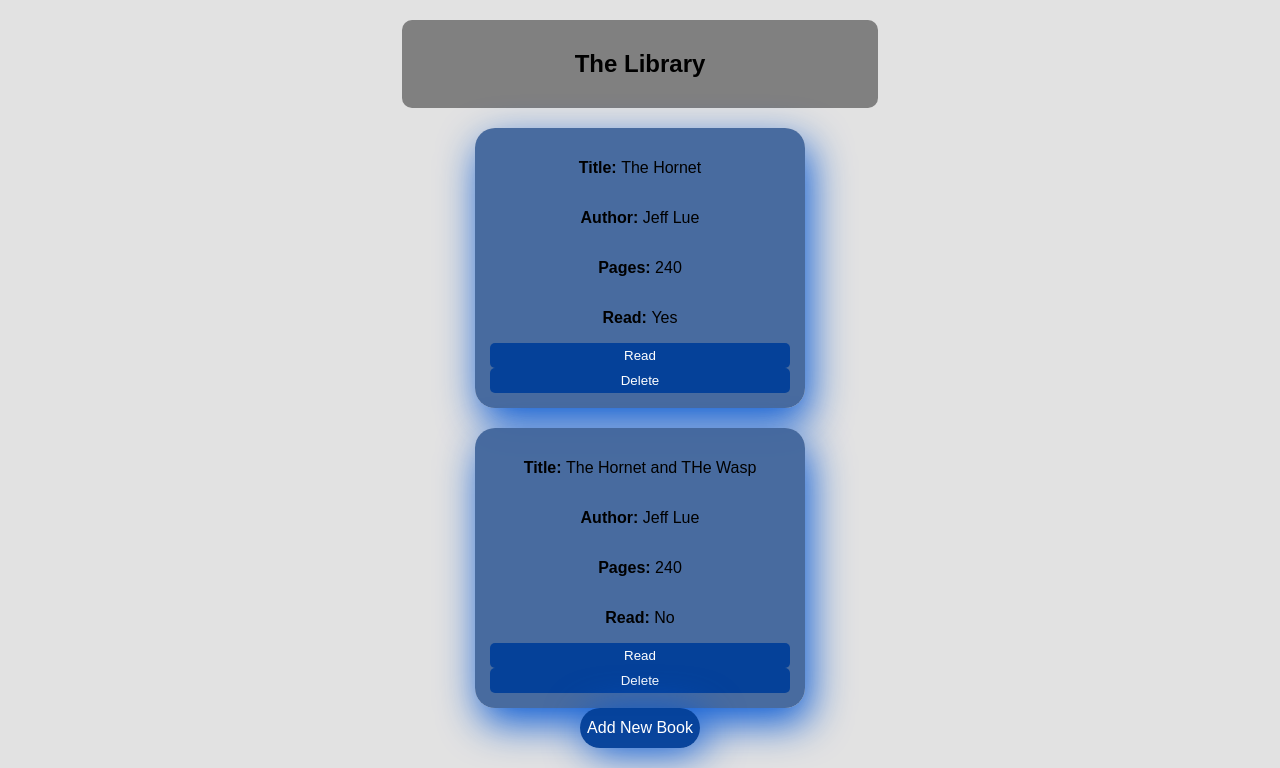
Repository: ErvinClay13/Library
Page: index.html
An editor plug-in stored every save of this project. The page is shown before and after the next save, followed by the edit.
The browser window is 1280 px wide. The pictures show the whole page.

Above is the page before, as saved 2025-01-11 04:55:48.

After the next save:
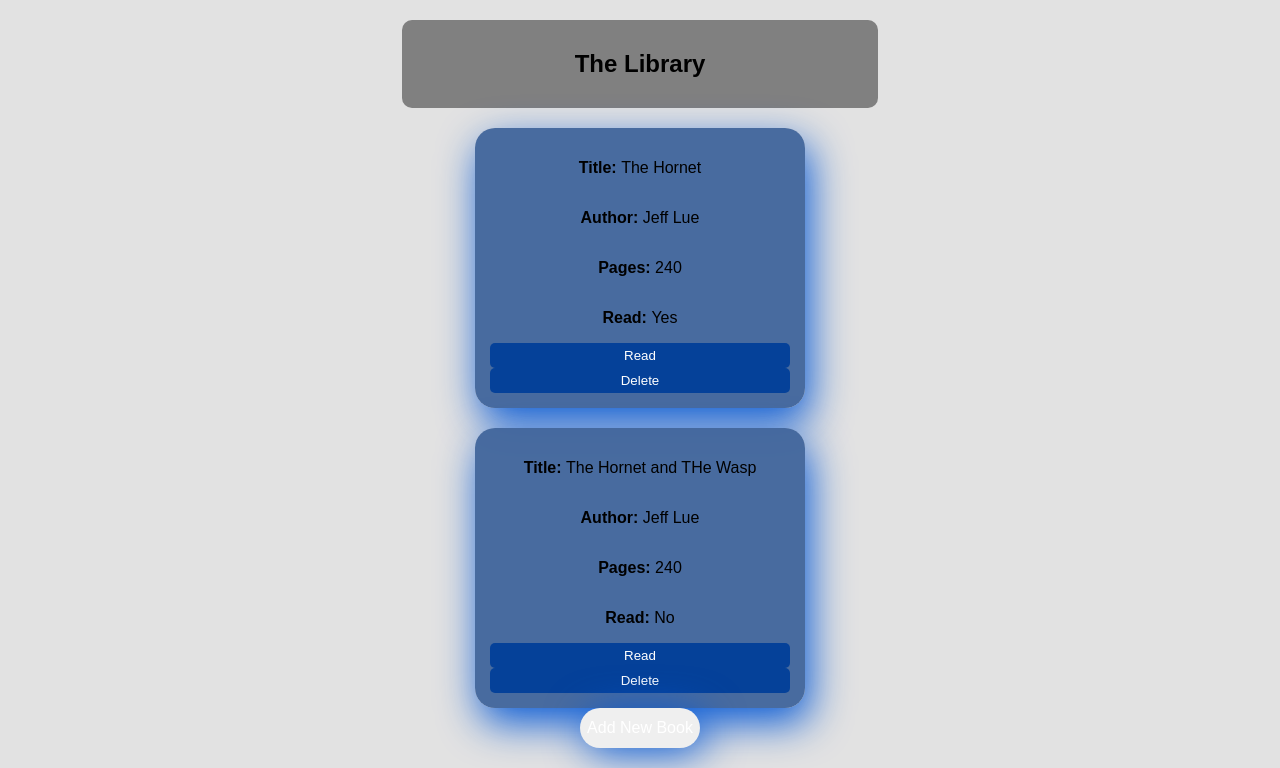
Saved 21 s later.
--- a/style.css
+++ b/style.css
@@ -31,7 +31,7 @@ body {
 }
 
 #addBook {
-    background-color: #03409af5;
+    /* background-color: #03409af5; */
     box-shadow: 5px 5px 40px #0055d4f5;
     height: 40px;
     width: 120px;
